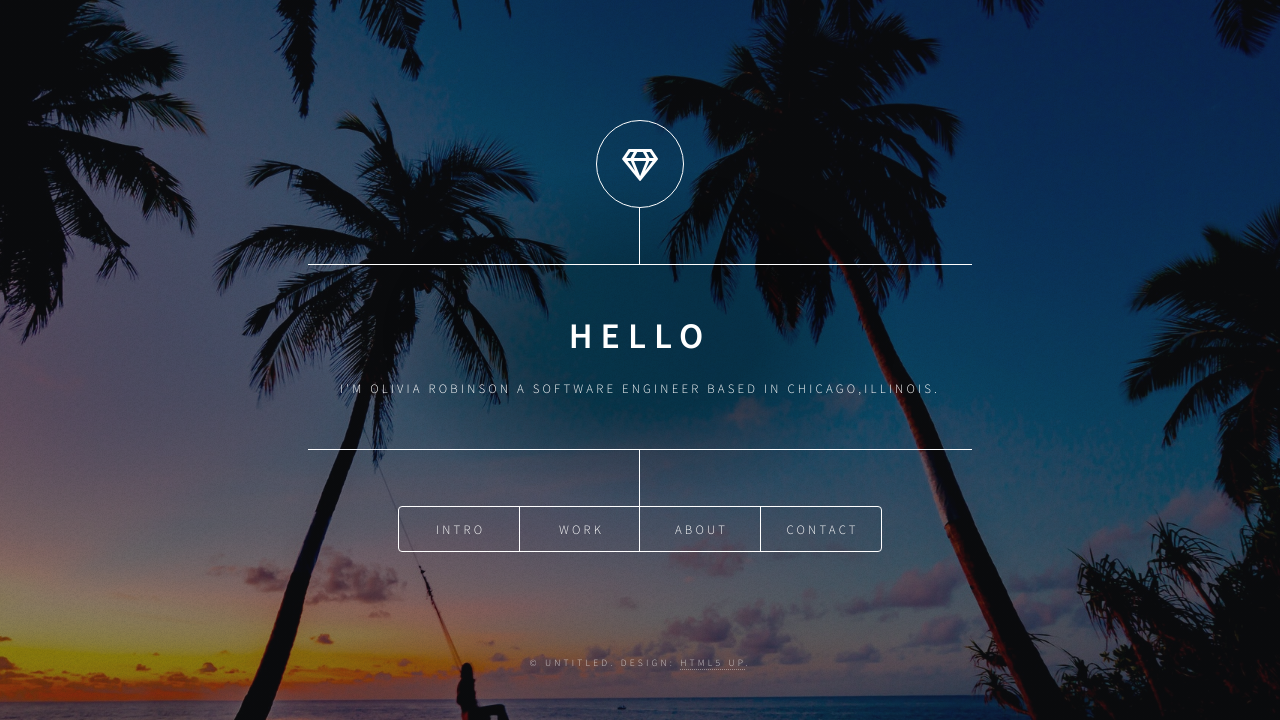
Repository: lvcg/2022-portfolio
Page: index.html
An editor plug-in stored every save of this project. The page is shown before and after a run of saves, followed by the edit.
The browser window is 1280 px wide. The pictures show the whole page.

Above is the page before, as saved 2023-02-13 22:55:23.

### index.html
<!DOCTYPE HTML>
<!--
	Dimension by HTML5 UP
	html5up.net | @ajlkn
	Free for personal and commercial use under the CCA 3.0 license (html5up.net/license)
-->
<html>
	<head>
		<title>Olivia Robinson Portfolio</title>
		<meta charset="utf-8" />
		<meta name="viewport" content="width=device-width, initial-scale=1, user-scalable=no" />
		<link rel="stylesheet" href="assets/css/main.css" />
		<noscript><link rel="stylesheet" href="assets/css/noscript.css" /></noscript>
	</head>
	<body class="is-preload">

		<!-- Wrapper -->
			<div id="wrapper">

				<!-- Header -->
					<header id="header">
						<div class="logo">
							<span class="icon fa-gem"></span>
						</div>
						<div class="content">
							<div class="inner">
								<h1>Hello </h1>
								<p>I'm Olivia Robinson a Software Engineer based in Chicago,Illinois.</p>
							</div>
						</div>
						<nav>
							<ul>
								<li><a href="#intro">Intro</a></li>
								<li><a href="#work">Work</a></li>
								<li><a href="#about">About</a></li>
								<li><a href="#contact">Contact</a></li>
								<!--<li><a href="#elements">Elements</a></li>-->
							</ul>
						</nav>
					</header>

				<!-- Main -->
					<div id="main">

						<!-- Intro -->
							<article id="intro">
								<h2 class="major">Intro</h2>
								<span class="image main"><img src="images\pic01.png" alt="" /></span>
								<p>Meet, Olivia Robinson. A software engineer based in the Chicagoland area. Currently, working on projects with 100DEVS. I have over 10 years of experience with being a web developer. Mostly working on freelance projects. When I'm not coding, I work as a licensed Realtor. By the way, check out my <a href="#work">awesome work</a>.</p>

							</article>

						<!-- Work -->
							<article id="work">
								<h2 class="major">Work</h2>
								<span class="image main"><img src="images\pic02.png" alt="" /></span>
								<p>I design, develop and maintain websites and web applications for businesses and entrepreneurs. I enjoy working with various programming languages to create various web applications.</p>
								<h2>My Work</h2>
						<p>Feel free to browse my porfolio for projects that I have previously worked on. Stay tuned for more projects. </p>
						<h1>WordPress Websites </h1>

<p> <a href="http://techwithasideofmelanin.com/">Personal Tech Blog</a><br></p>
						<h1>GoDaddy Websites </h1>

<p> <a href="https://gpc4u.com/">Landscaping Business Website</a><br></p>

						<h1>Full-Stack Apps</h1>

<p> <iframe src="https://lvcg.github.io/cocktail-finder-/" width="400" height="400" alt="Cocktail Finder App"></iframe></p>

<h1>Wix Websites </h1>

<p><a href="https://lvcgdesigns.wixsite.com/livinthecity">Influencer Blog!</a><br>
	<a href="https://lvcgdesigns.wixsite.com/missglam">Miss Glam Beauty Store</a><br>
<a href="https://lvcgdesigns.wixsite.com/goddessbeauty">Beauty Spa Website</a><br>
<a href="https://lvcgdesigns.wixsite.com/loftcity">Vacation Rentals</a><br>
<a href="https://lvcgdesigns.wixsite.com/mrdelivery">Logistics - Moving Company</a><br>
	<a href="https://lvcgdesigns.wixsite.com/djmone">DJ Website!</a><br>
    <a href="https://lvcgdesigns.wixsite.com/my-site-1">Fitness Product Site</a><br>
    <a href="https://lvcgdesigns.wixsite.com/my-site">Under Construction Landing Page</a><br>
    <a href="https://lvcgdesigns.wixsite.com/royal-essentuals">Skin Care Product Website</a><br> <a href="https://lvcgdesign.wixsite.com/catwalk">Fashion Line & Store Website</a><br>
    <a href="https://lvcgdesign.wixsite.com/flamecantina">Restaurant Website </a><br>
    <a href="https://lvcgdesign.wixsite.com/oliviahunter">Fashion Blogger Website</a><br>
    <a href="https://lvcgdesign.wixsite.com/candefoucet">Adventure Hobby Club website</a><br>
    <a href="https://lvcgdesign.wixsite.com/thrivelabs">Collaborative Tech Startup</a><br>
    <a href="https://lvcgdesign.wixsite.com/shoecartel">Shoe / Fashion Store</a><br>
    <a href="https://lvcgdesign.wixsite.com/website">Online Consultant</a><br>
    <a href="https://lvcgdesign.wixsite.com/gabrielmisters">Realtor Landing Page </a><br>
	<h1>Mobirise Websites</h1>

<p><a href="https://lvcg.github.io/tech-site/">Tech Startup Business Website</a><br>
	<a href="https://lvcg.github.io/cuisinesite/">Restaurant Website</a><br>
    <a href="https://lvcg.github.io/real-estate-site/">Real Estate Website</a><br>
</p>
</p>

							</article>

						<!-- About -->
							<article id="about">
								<h2 class="major">About</h2>
								<span class="image main"><img src="images\pic03.png" alt="" /></span>
								<p>Meet, Olivia Robinson. A software engineer based in the Chicagoland area. Currently, seeking a challenging opportunity to leverage my over 20 years of experience as a self-employed freelance web designer and software engineer to optimize templates for private projects and provide clients with innovative, user-friendly solutions.
									<h1>Skills<h1>

<ul>
  <li>Extensive experience in web design and software engineering</li>
  <li>Proven track record of optimizing templates to improve website performance</li>
  <li>Ability to create custom designs that meet clients' specific needs and requirements</li>
 <li>In-depth knowledge of HTML, CSS, JavaScript, and other web technologies</li>
<li>Strong attention to detail and commitment to delivering high-quality work</li>
</ul>
<h1>Work Experience<h1>

20+ years of experience as a freelance web designer and software engineer, working on private projects for a variety of clients
<li>Developed and implemented custom web designs that improved website performance and user experience</li>
<li>Optimized templates to ensure fast load times, mobile responsiveness, and compatibility with modern browsers</li>
<li>Collaborated with clients to understand their vision and goals, and delivered solutions that exceeded their expectations</li>
<li>Stayed up-to-date with the latest trends and technologies in web design and software engineering, and continuously improved my skills and knowledge</li></p>
								<p><a href="mailto:lvconsulting312@gmail.com">Contact me</a></p>
<a href="https://withkoji.com/@Lvconsulting312">Contact me for Freelance Consultations </a></p>
							</article>

						<!-- Contact -->
							<article id="contact">
								<h2 class="major">Contact</h2>
								<h2>Say Hello.</h2>
						<p>Are you in need of a sleek, professional website or a custom app to take your business to the next level? Look no further! My team of expert web designers and app developers are here to help you create a digital presence that will set you apart from the competition. From design to development, we'll work with you every step of the way to bring your vision to life. Contact us today to schedule a consultation and let's turn your online dreams into reality! </p>
						<p>For Retainer Agreements,Collaborations and Inquiries, Feel free to email me:</p>

<p><a href="mailto:lvconsulting312@gmail.com">Send email</a></p>
								<p>For Consultations and Inquiries, Feel free to email me:</p>

<p><a href="https://withkoji.com/@Lvconsulting312">Schedule a Consultation</a></p>
								<form method="post" action="mailto:livinthecity312@gmail.com">
									<div class="fields">
										<div class="field half">
											<label for="name">Name</label>
											<input type="text" name="name" id="name" />
										</div>
										<div class="field half">
											<label for="email">Email</label>
											<input type="text" name="email" id="email" />
										</div>
										<div class="field">
											<label for="message">Message</label>
											<textarea name="message" id="message" rows="4"></textarea>
										</div>
									</div>
									<ul class="actions">
										<li><input type="submit" value="Send Message" class="primary" /></li>
										<li><input type="reset" value="Reset" /></li>
									</ul>
								</form>
								<ul class="icons">
									<li><a href="https://twitter.com/livhoney16" class="icon brands fa-twitter"><span class="label">Twitter</span></a></li>
									<li><a href="https://www.facebook.com/liv.robinson.714" class="icon brands fa-facebook-f"><span class="label">Facebook</span></a></li>
									<li><a href="https://www.instagram.com/livbaby16/" class="icon brands fa-instagram"><span class="label">Instagram</span></a></li>
									<li><a href="https://www.linkedin.com/in/liv-robinson-4862b0b6/" class="icon brands fa-github"><span class="label">Linkedin</span></a></li>
								</ul>
							</article>

						<!-- Elements -->
							<article id="elements">
								<h2 class="major">Elements</h2>

								<section>
									<h3 class="major">Text</h3>
									<p>This is <b>bold</b> and this is <strong>strong</strong>. This is <i>italic</i> and this is <em>emphasized</em>.
									This is <sup>superscript</sup> text and this is <sub>subscript</sub> text.
									This is <u>underlined</u> and this is code: <code>for (;;) { ... }</code>. Finally, <a href="#">this is a link</a>.</p>
									<hr />
									<h2>Heading Level 2</h2>
									<h3>Heading Level 3</h3>
									<h4>Heading Level 4</h4>
									<h5>Heading Level 5</h5>
									<h6>Heading Level 6</h6>
									<hr />
									<h4>Blockquote</h4>
									<blockquote>Fringilla nisl. Donec accumsan interdum nisi, quis tincidunt felis sagittis eget tempus euismod. Vestibulum ante ipsum primis in faucibus vestibulum. Blandit adipiscing eu felis iaculis volutpat ac adipiscing accumsan faucibus. Vestibulum ante ipsum primis in faucibus lorem ipsum dolor sit amet nullam adipiscing eu felis.</blockquote>
									<h4>Preformatted</h4>
									<pre><code>i = 0;

while (!deck.isInOrder()) {
    print 'Iteration ' + i;
    deck.shuffle();
    i++;
}

print 'It took ' + i + ' iterations to sort the deck.';</code></pre>
								</section>

								<section>
									<h3 class="major">Lists</h3>

									<h4>Unordered</h4>
									<ul>
										<li>Dolor pulvinar etiam.</li>
										<li>Sagittis adipiscing.</li>
										<li>Felis enim feugiat.</li>
									</ul>

									<h4>Alternate</h4>
									<ul class="alt">
										<li>Dolor pulvinar etiam.</li>
										<li>Sagittis adipiscing.</li>
										<li>Felis enim feugiat.</li>
									</ul>

									<h4>Ordered</h4>
									<ol>
										<li>Dolor pulvinar etiam.</li>
										<li>Etiam vel felis viverra.</li>
										<li>Felis enim feugiat.</li>
										<li>Dolor pulvinar etiam.</li>
										<li>Etiam vel felis lorem.</li>
										<li>Felis enim et feugiat.</li>
									</ol>
									<h4>Icons</h4>
									<ul class="icons">
										<li><a href="#" class="icon brands fa-twitter"><span class="label">Twitter</span></a></li>
										<li><a href="#" class="icon brands fa-facebook-f"><span class="label">Facebook</span></a></li>
										<li><a href="#" class="icon brands fa-instagram"><span class="label">Instagram</span></a></li>
										<li><a href="#" class="icon brands fa-github"><span class="label">Github</span></a></li>
									</ul>

									<h4>Actions</h4>
									<ul class="actions">
										<li><a href="#" class="button primary">Default</a></li>
										<li><a href="#" class="button">Default</a></li>
									</ul>
									<ul class="actions stacked">
										<li><a href="#" class="button primary">Default</a></li>
										<li><a href="#" class="button">Default</a></li>
									</ul>
								</section>

								<section>
									<h3 class="major">Table</h3>
									<h4>Default</h4>
									<div class="table-wrapper">
										<table>
											<thead>
												<tr>
													<th>Name</th>
													<th>Description</th>
													<th>Price</th>
												</tr>
											</thead>
											<tbody>
												<tr>
													<td>Item One</td>
													<td>Ante turpis integer aliquet porttitor.</td>
													<td>29.99</td>
												</tr>
												<tr>
													<td>Item Two</td>
													<td>Vis ac commodo adipiscing arcu aliquet.</td>
													<td>19.99</td>
												</tr>
												<tr>
													<td>Item Three</td>
													<td> Morbi faucibus arcu accumsan lorem.</td>
													<td>29.99</td>
												</tr>
												<tr>
													<td>Item Four</td>
													<td>Vitae integer tempus condimentum.</td>
													<td>19.99</td>
												</tr>
												<tr>
													<td>Item Five</td>
													<td>Ante turpis integer aliquet porttitor.</td>
													<td>29.99</td>
												</tr>
											</tbody>
											<tfoot>
												<tr>
													<td colspan="2"></td>
													<td>100.00</td>
												</tr>
											</tfoot>
										</table>
									</div>

									<h4>Alternate</h4>
									<div class="table-wrapper">
										<table class="alt">
											<thead>
												<tr>
													<th>Name</th>
													<th>Description</th>
													<th>Price</th>
												</tr>
											</thead>
											<tbody>
												<tr>
													<td>Item One</td>
													<td>Ante turpis integer aliquet porttitor.</td>
													<td>29.99</td>
												</tr>
												<tr>
													<td>Item Two</td>
													<td>Vis ac commodo adipiscing arcu aliquet.</td>
													<td>19.99</td>
												</tr>
												<tr>
													<td>Item Three</td>
													<td> Morbi faucibus arcu accumsan lorem.</td>
													<td>29.99</td>
												</tr>
												<tr>
													<td>Item Four</td>
													<td>Vitae integer tempus condimentum.</td>
													<td>19.99</td>
												</tr>
												<tr>
													<td>Item Five</td>
													<td>Ante turpis integer aliquet porttitor.</td>
													<td>29.99</td>
												</tr>
											</tbody>
											<tfoot>
												<tr>
													<td colspan="2"></td>
													<td>100.00</td>
												</tr>
											</tfoot>
										</table>
									</div>
								</section>

								<section>
									<h3 class="major">Buttons</h3>
									<ul class="actions">
										<li><a href="#" class="button primary">Primary</a></li>
										<li><a href="#" class="button">Default</a></li>
									</ul>
									<ul class="actions">
										<li><a href="#" class="button">Default</a></li>
										<li><a href="#" class="button small">Small</a></li>
									</ul>
									<ul class="actions">
										<li><a href="#" class="button primary icon solid fa-download">Icon</a></li>
										<li><a href="#" class="button icon solid fa-download">Icon</a></li>
									</ul>
									<ul class="actions">
										<li><span class="button primary disabled">Disabled</span></li>
										<li><span class="button disabled">Disabled</span></li>
									</ul>
								</section>

								<section>
									<h3 class="major">Form</h3>
									<form method="post" action="#">
										<div class="fields">
											<div class="field half">
												<label for="demo-name">Name</label>
												<input type="text" name="demo-name" id="demo-name" value="" placeholder="Jane Doe" />
											</div>
											<div class="field half">
												<label for="demo-email">Email</label>
												<input type="email" name="demo-email" id="demo-email" value="" placeholder="jane@untitled.tld" />
											</div>
											<div class="field">
												<label for="demo-category">Category</label>
												<select name="demo-category" id="demo-category">
													<option value="">-</option>
													<option value="1">Manufacturing</option>
													<option value="1">Shipping</option>
													<option value="1">Administration</option>
													<option value="1">Human Resources</option>
												</select>
											</div>
											<div class="field half">
												<input type="radio" id="demo-priority-low" name="demo-priority" checked>
												<label for="demo-priority-low">Low</label>
											</div>
											<div class="field half">
												<input type="radio" id="demo-priority-high" name="demo-priority">
												<label for="demo-priority-high">High</label>
											</div>
											<div class="field half">
												<input type="checkbox" id="demo-copy" name="demo-copy">
												<label for="demo-copy">Email me a copy</label>
											</div>
											<div class="field half">
												<input type="checkbox" id="demo-human" name="demo-human" checked>
												<label for="demo-human">Not a robot</label>
											</div>
											<div class="field">
												<label for="demo-message">Message</label>
												<textarea name="demo-message" id="demo-message" placeholder="Enter your message" rows="6"></textarea>
											</div>
										</div>
										<ul class="actions">
											<li><input type="submit" value="Send Message" class="primary" /></li>
											<li><input type="reset" value="Reset" /></li>
										</ul>
									</form>
								</section>

							</article>

					</div>

				<!-- Footer -->
					<footer id="footer">
						<p class="copyright">&copy; Untitled. Design: <a href="https://html5up.net">HTML5 UP</a>.</p>
					</footer>

			</div>

		<!-- BG -->
			<div id="bg"></div>

		<!-- Scripts -->
			<script src="assets/js/jquery.min.js"></script>
			<script src="assets/js/browser.min.js"></script>
			<script src="assets/js/breakpoints.min.js"></script>
			<script src="assets/js/util.js"></script>
			<script src="assets/js/main.js"></script>

	</body>
</html>

Loaded but not shown: assets/css/fontawesome-all.min.css (library); assets/js/jquery.min.js (library); assets/js/browser.min.js (common file); assets/js/breakpoints.min.js (common file); assets/js/util.js (587 lines, source omitted); assets/js/main.js (401 lines, source omitted); assets/css/main.css (1661 lines, source omitted)

After the next 2 saves:
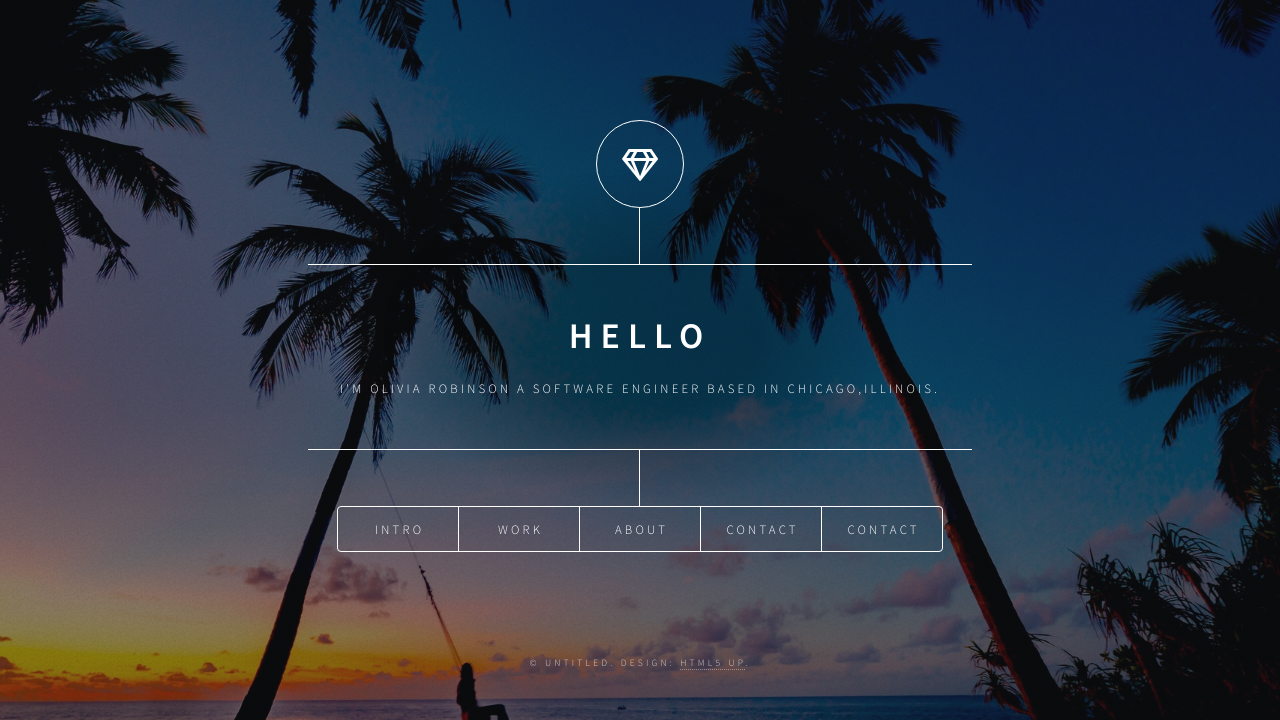
The 2 saves are shown as one change because they came seconds apart.
The last was saved 8 min 40 s later.
--- a/index.html
+++ b/index.html
@@ -34,6 +34,7 @@
 								<li><a href="#work">Work</a></li>
 								<li><a href="#about">About</a></li>
 								<li><a href="#contact">Contact</a></li>
+								<li><a href="#contact">Contact</a></li>
 								<!--<li><a href="#elements">Elements</a></li>-->
 							</ul>
 						</nav>
